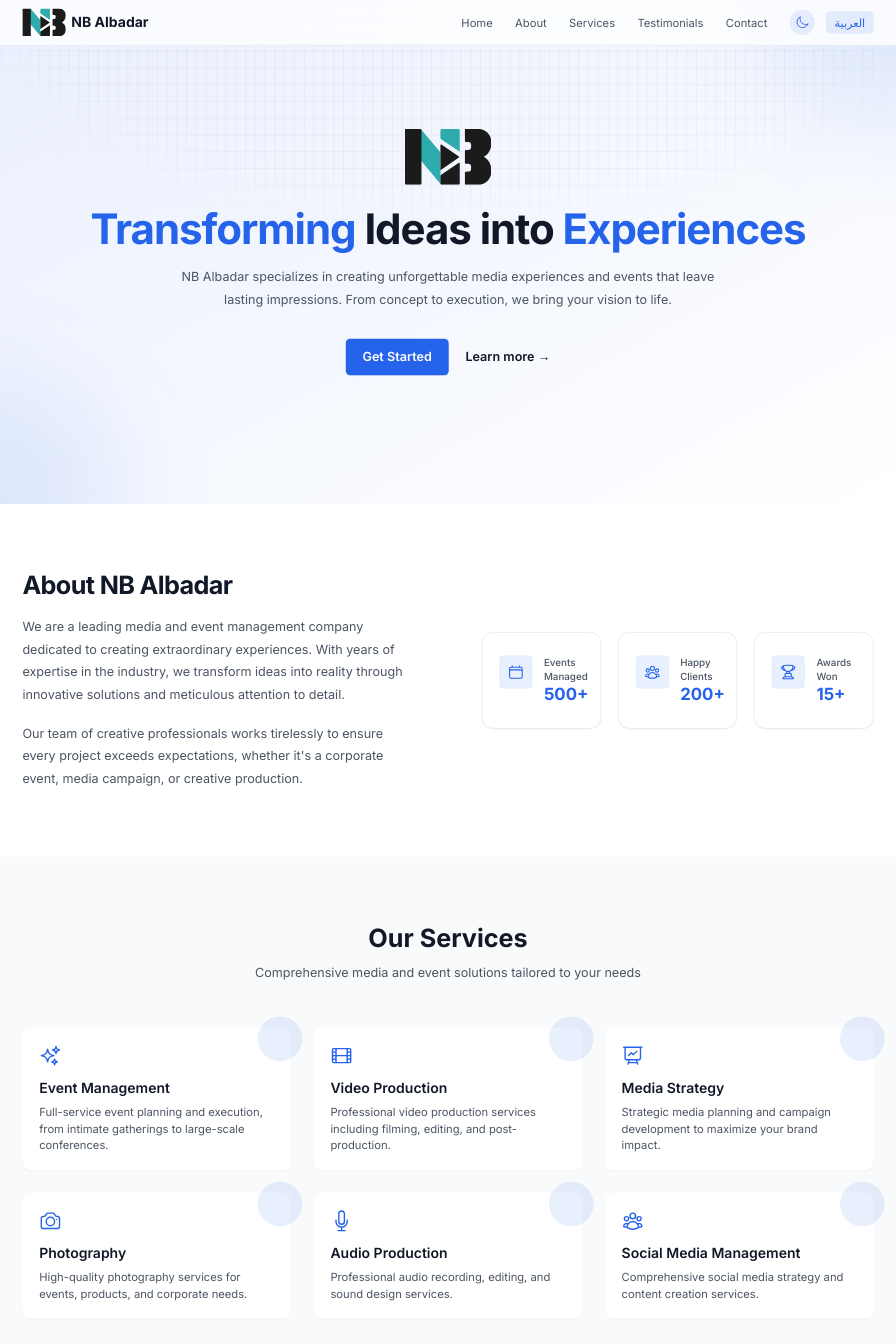
Repository: omartetano99/nb-albadr-website
Page: /
The author's editor kept a copy of each file at every save. The page is drawn from the files as they stood at one save, then again after the next save.
The browser window is 1280 px wide. The pictures show the part of the page from y = 0 to 1920 px (the page is 3710 px tall), at 70% of full size.
The project was rebuilt for these pictures with package versions that can differ from the ones it lists, and the page was loaded fresh each time. The framework's server and built-in components were replaced by stand-ins that run in the browser. Also part of the build but not shown: next.config.mjs.

Above is the page before, as saved 2025-01-31 17:09:47.

### src/app/layout.tsx
import type { Metadata } from "next";
import { Inter } from "next/font/google";
import { IBM_Plex_Sans_Arabic } from "next/font/google";
import "./globals.css";
import { ThemeProvider } from "@/components/ThemeProvider";
import { LanguageProvider } from "@/context/LanguageContext";

const inter = Inter({ subsets: ["latin"], variable: '--font-inter' });
const ibmPlexSansArabic = IBM_Plex_Sans_Arabic({
  subsets: ["arabic"],
  weight: ['100', '200', '300', '400', '500', '600', '700'],
  variable: '--font-arabic',
});

export const metadata: Metadata = {
  title: "NB Albadar Media & Event",
  description: "Professional media and event management services",
};

export default function RootLayout({
  children,
}: {
  children: React.ReactNode
}) {
  return (
    <html lang="en" suppressHydrationWarning>
      <body className={`${inter.variable} ${ibmPlexSansArabic.variable} font-sans antialiased`}>
        <ThemeProvider
          attribute="class"
          defaultTheme="system"
          enableSystem
          disableTransitionOnChange
        >
          <LanguageProvider>
            <div className="min-h-screen bg-white dark:bg-gray-900 text-gray-900 dark:text-gray-100 transition-colors duration-300">
              {children}
            </div>
          </LanguageProvider>
        </ThemeProvider>
      </body>
    </html>
  );
}

### src/app/page.tsx
import { Navbar } from '@/components/Navbar'
import { Hero } from '@/components/Hero'
import { About } from '@/components/About'
import { Services } from '@/components/Services'
import { Testimonials } from '@/components/Testimonials'
import { Contact } from '@/components/Contact'
import { Footer } from '@/components/Footer'

export default function Home() {
  return (
    <main>
      <Navbar />
      <Hero />
      <About />
      <Services />
      <Testimonials />
      <Contact />
      <Footer />
    </main>
  )
}

### src/app/globals.css
@tailwind base;
@tailwind components;
@tailwind utilities;

@layer base {
  html {
    @apply antialiased;
  }
}

:root {
  --background: #ffffff;
  --foreground: #171717;
}

@media (prefers-color-scheme: dark) {
  :root {
    --background: #0a0a0a;
    --foreground: #ededed;
  }
}

body {
  color: var(--foreground);
  background: var(--background);
  font-family: Arial, Helvetica, sans-serif;
}

### src/components/ThemeProvider.tsx
'use client'

import { ThemeProvider as NextThemesProvider } from 'next-themes'
import { type ThemeProviderProps } from 'next-themes/dist/types'

export function ThemeProvider({ children, ...props }: ThemeProviderProps) {
  return (
    <NextThemesProvider
      attribute="class"
      defaultTheme="system"
      enableSystem
      {...props}
    >
      {children}
    </NextThemesProvider>
  )
}

### src/context/LanguageContext.tsx
'use client'

import { createContext, useContext, useState, useEffect } from 'react'

type LanguageContextType = {
  language: 'en' | 'ar'
  setLanguage: (lang: 'en' | 'ar') => void
}

const LanguageContext = createContext<LanguageContextType | undefined>(undefined)

export function LanguageProvider({ children }: { children: React.ReactNode }) {
  const [language, setLanguage] = useState<'en' | 'ar'>('en')

  useEffect(() => {
    const savedLanguage = localStorage.getItem('language') as 'en' | 'ar'
    if (savedLanguage) {
      setLanguage(savedLanguage)
      document.documentElement.dir = savedLanguage === 'ar' ? 'rtl' : 'ltr'
      document.documentElement.lang = savedLanguage
    }
  }, [])

  const handleLanguageChange = (newLanguage: 'en' | 'ar') => {
    setLanguage(newLanguage)
    localStorage.setItem('language', newLanguage)
    document.documentElement.dir = newLanguage === 'ar' ? 'rtl' : 'ltr'
    document.documentElement.lang = newLanguage
  }

  return (
    <LanguageContext.Provider value={{ language, setLanguage: handleLanguageChange }}>
      {children}
    </LanguageContext.Provider>
  )
}

export function useLanguage() {
  const context = useContext(LanguageContext)
  if (context === undefined) {
    throw new Error('useLanguage must be used within a LanguageProvider')
  }
  return context
}

### src/components/Navbar.tsx
'use client'

import { useState, useEffect } from 'react'
import Link from 'next/link'
import Image from 'next/image'
import { motion, AnimatePresence } from 'framer-motion'
import { ThemeToggle } from './ThemeToggle'
import { Bars3Icon, XMarkIcon } from '@heroicons/react/24/outline'
import { useTheme } from 'next-themes'
import { LanguageToggle } from './LanguageToggle'
import { useLanguage } from '@/context/LanguageContext'

const navLinks = {
  en: [
    { href: '/', label: 'Home' },
    { href: '/about', label: 'About' },
    { href: '/services', label: 'Services' },
    { href: '/testimonials', label: 'Testimonials' },
    { href: '/contact', label: 'Contact' },
  ],
  ar: [
    { href: '/', label: 'الرئيسية' },
    { href: '/about', label: 'من نحن' },
    { href: '/services', label: 'خدماتنا' },
    { href: '/testimonials', label: 'آراء العملاء' },
    { href: '/contact', label: 'اتصل بنا' },
  ],
}

export function Navbar() {
  const [isOpen, setIsOpen] = useState(false)
  const { theme } = useTheme()
  const { language } = useLanguage()
  const [mounted, setMounted] = useState(false)

  useEffect(() => {
    setMounted(true)
  }, [])

  const currentNavLinks = navLinks[language]

  return (
    <nav className="fixed w-full bg-white/80 dark:bg-gray-900/80 backdrop-blur-sm z-50 border-b border-gray-200 dark:border-gray-800">
      <div className="max-w-7xl mx-auto px-4 sm:px-6 lg:px-8">
        <div className="flex items-center justify-between h-16">
          <Link href="/" className="flex items-center">
            {mounted && (
              <Image
                src={theme === 'dark' ? "/logo-nb.svg" : "/logo-nb-light.svg"}
                alt="NB Albadar Logo"
                width={40}
                height={40}
                className="h-10 w-auto"
                priority
              />
            )}
            <span className={`ml-2 text-xl font-bold text-gray-900 dark:text-white ${language === 'ar' ? 'font-arabic' : ''}`}>
              {language === 'en' ? 'NB Albadar' : 'إن بي البدر'}
            </span>
          </Link>

          {/* Desktop Navigation */}
          <div className="hidden md:flex items-center space-x-8" dir={language === 'ar' ? 'rtl' : 'ltr'}>
            {currentNavLinks.map((link) => (
              <Link
                key={link.href}
                href={link.href}
                className={`text-gray-600 dark:text-gray-300 hover:text-primary dark:hover:text-primary transition-colors ${language === 'ar' ? 'font-arabic' : ''}`}
              >
                {link.label}
              </Link>
            ))}
            <div className="flex items-center space-x-4">
              <ThemeToggle />
              <LanguageToggle />
            </div>
          </div>

          {/* Mobile Navigation Button */}
          <div className="md:hidden flex items-center space-x-2">
            <ThemeToggle />
            <LanguageToggle />
            <button
              onClick={() => setIsOpen(!isOpen)}
              className="p-2 rounded-md text-gray-600 dark:text-gray-300 hover:text-primary dark:hover:text-primary"
            >
              {isOpen ? (
                <XMarkIcon className="h-6 w-6" />
              ) : (
                <Bars3Icon className="h-6 w-6" />
              )}
            </button>
          </div>
        </div>
      </div>

      {/* Mobile Navigation Menu */}
      <AnimatePresence>
        {isOpen && (
          <motion.div
            initial={{ opacity: 0, height: 0 }}
            animate={{ opacity: 1, height: 'auto' }}
            exit={{ opacity: 0, height: 0 }}
            className="md:hidden border-t border-gray-200 dark:border-gray-800"
            dir={language === 'ar' ? 'rtl' : 'ltr'}
          >
            <div className="px-2 pt-2 pb-3 space-y-1">
              {currentNavLinks.map((link) => (
                <Link
                  key={link.href}
                  href={link.href}
                  className={`block px-3 py-2 rounded-md text-gray-600 dark:text-gray-300 hover:text-primary dark:hover:text-primary hover:bg-gray-100 dark:hover:bg-gray-800 transition-colors ${language === 'ar' ? 'font-arabic' : ''}`}
                  onClick={() => setIsOpen(false)}
                >
                  {link.label}
                </Link>
              ))}
            </div>
          </motion.div>
        )}
      </AnimatePresence>
    </nav>
  )
}

### src/components/About.tsx
'use client'

import { motion } from 'framer-motion'
import { CalendarIcon, UserGroupIcon, TrophyIcon } from '@heroicons/react/24/outline'
import { useLanguage } from '@/context/LanguageContext'

const content = {
  en: {
    title: 'About NB Albadar',
    description1: 'We are a leading media and event management company dedicated to creating extraordinary experiences. With years of expertise in the industry, we transform ideas into reality through innovative solutions and meticulous attention to detail.',
    description2: 'Our team of creative professionals works tirelessly to ensure every project exceeds expectations, whether it\'s a corporate event, media campaign, or creative production.',
    stats: [
      {
        label: 'Events Managed',
        value: '500+',
        icon: CalendarIcon,
      },
      {
        label: 'Happy Clients',
        value: '200+',
        icon: UserGroupIcon,
      },
      {
        label: 'Awards Won',
        value: '15+',
        icon: TrophyIcon,
      },
    ],
  },
  ar: {
    title: 'من نحن',
    description1: 'نقدم خدمات إعلامية متكاملة وننظم فعاليات مميزة تترك أثراً لا يُنسى. خبرتنا الطويلة في المجال تمكننا من تحويل أفكاركم إلى واقع ملموس بأسلوب مبتكر ومتقن.',
    description2: 'فريقنا المحترف يسعى دائماً لتقديم الأفضل في كل مشاريعنا، سواء كانت فعاليات أو حملات إعلامية أو إنتاج إبداعي.',
    stats: [
      {
        label: 'فعالية ناجحة',
        value: '+500',
        icon: CalendarIcon,
      },
      {
        label: 'عميل راضٍ',
        value: '+200',
        icon: UserGroupIcon,
      },
      {
        label: 'جائزة وتكريم',
        value: '+15',
        icon: TrophyIcon,
      },
    ],
  },
}

export function About() {
  const { language } = useLanguage()
  const t = content[language]

  return (
    <section className="py-24 overflow-hidden">
      <div className="max-w-7xl mx-auto px-4 sm:px-6 lg:px-8">
        <div className="lg:grid lg:grid-cols-2 lg:gap-24 lg:items-center">
          <motion.div
            initial={{ opacity: 0, x: -20 }}
            whileInView={{ opacity: 1, x: 0 }}
            viewport={{ once: true }}
            transition={{ duration: 0.5 }}
          >
            <h2 className={`text-3xl font-bold tracking-tight text-gray-900 dark:text-white sm:text-4xl ${language === 'ar' ? 'font-arabic' : ''}`}>
              {t.title}
            </h2>
            <motion.p
              initial={{ opacity: 0, y: 20 }}
              whileInView={{ opacity: 1, y: 0 }}
              viewport={{ once: true }}
              transition={{ duration: 0.5, delay: 0.2 }}
              className={`mt-6 text-lg leading-8 text-gray-600 dark:text-gray-300 ${language === 'ar' ? 'font-arabic' : ''}`}
            >
              {t.description1}
            </motion.p>
            <motion.p
              initial={{ opacity: 0, y: 20 }}
              whileInView={{ opacity: 1, y: 0 }}
              viewport={{ once: true }}
              transition={{ duration: 0.5, delay: 0.3 }}
              className={`mt-6 text-lg leading-8 text-gray-600 dark:text-gray-300 ${language === 'ar' ? 'font-arabic' : ''}`}
            >
              {t.description2}
            </motion.p>
          </motion.div>

          <motion.div
            initial={{ opacity: 0, x: 20 }}
            whileInView={{ opacity: 1, x: 0 }}
            viewport={{ once: true }}
            transition={{ duration: 0.5, delay: 0.4 }}
            className="mt-20 lg:mt-0"
          >
            <dl className="grid grid-cols-1 gap-6 sm:grid-cols-3" dir={language === 'ar' ? 'rtl' : 'ltr'}>
              {t.stats.map((stat) => (
                <motion.div
                  key={stat.label}
                  whileHover={{ scale: 1.05 }}
                  className="relative bg-white dark:bg-gray-900 px-6 py-8 rounded-2xl shadow-sm border border-gray-200 dark:border-gray-800"
                >
                  <dt>
                    <div className="absolute bg-primary/10 rounded-md p-3">
                      <stat.icon
                        className="h-6 w-6 text-primary"
                        aria-hidden="true"
                      />
                    </div>
                    <p className={`ml-16 text-sm font-medium text-gray-600 dark:text-gray-300 ${language === 'ar' ? 'font-arabic mr-16 ml-0' : ''}`}>
                      {stat.label}
                    </p>
                  </dt>
                  <dd className={`ml-16 text-2xl font-bold text-primary ${language === 'ar' ? 'mr-16 ml-0' : ''}`}>
                    {stat.value}
                  </dd>
                </motion.div>
              ))}
            </dl>
          </motion.div>
        </div>
      </div>
    </section>
  )
}

### src/components/ThemeToggle.tsx
'use client'

import { SunIcon, MoonIcon } from '@heroicons/react/24/outline'
import { useTheme } from 'next-themes'
import { useEffect, useState } from 'react'
import { motion } from 'framer-motion'

export function ThemeToggle() {
  const [mounted, setMounted] = useState(false)
  const { theme, setTheme } = useTheme()

  useEffect(() => {
    setMounted(true)
  }, [])

  if (!mounted) return null

  return (
    <motion.button
      whileHover={{ scale: 1.05 }}
      whileTap={{ scale: 0.95 }}
      onClick={() => setTheme(theme === 'dark' ? 'light' : 'dark')}
      className="p-2 rounded-full bg-primary/10 hover:bg-primary/20 transition-colors"
      aria-label="Toggle theme"
    >
      {theme === 'dark' ? (
        <SunIcon className="w-5 h-5 text-primary" />
      ) : (
        <MoonIcon className="w-5 h-5 text-primary" />
      )}
    </motion.button>
  )
}

### src/components/LanguageToggle.tsx
'use client'

import { motion } from 'framer-motion'
import { useLanguage } from '@/context/LanguageContext'

export function LanguageToggle() {
  const { language, setLanguage } = useLanguage()

  return (
    <motion.button
      whileHover={{ scale: 1.05 }}
      whileTap={{ scale: 0.95 }}
      onClick={() => setLanguage(language === 'en' ? 'ar' : 'en')}
      className="px-3 py-1 rounded-md bg-primary/10 hover:bg-primary/20 transition-colors text-primary font-medium"
      aria-label="Toggle language"
    >
      {language === 'en' ? 'العربية' : 'English'}
    </motion.button>
  )
}

### tailwind.config.ts
import type { Config } from "tailwindcss";

const config: Config = {
  content: [
    "./src/pages/**/*.{js,ts,jsx,tsx,mdx}",
    "./src/components/**/*.{js,ts,jsx,tsx,mdx}",
    "./src/app/**/*.{js,ts,jsx,tsx,mdx}",
  ],
  darkMode: 'class',
  theme: {
    extend: {
      colors: {
        primary: {
          DEFAULT: '#2563eb',
          dark: '#1d4ed8',
        },
        background: "var(--background)",
        foreground: "var(--foreground)",
      },
      fontFamily: {
        sans: ['var(--font-inter)'],
        arabic: ['var(--font-arabic)', 'IBM Plex Sans Arabic'],
      },
      animation: {
        'fade-in': 'fadeIn 0.5s ease-in-out',
        'slide-up': 'slideUp 0.5s ease-in-out',
      },
      keyframes: {
        fadeIn: {
          '0%': { opacity: '0' },
          '100%': { opacity: '1' },
        },
        slideUp: {
          '0%': { transform: 'translateY(20px)', opacity: '0' },
          '100%': { transform: 'translateY(0)', opacity: '1' },
        },
      },
    },
  },
  plugins: [],
}

export default config;

Loaded but not shown: src/components/Footer.tsx (148 lines, source omitted); src/components/Contact.tsx (159 lines, source omitted); src/components/Services.tsx (169 lines, source omitted); src/components/Hero.tsx (148 lines, source omitted); src/components/Testimonials.tsx (124 lines, source omitted)

After the next save:
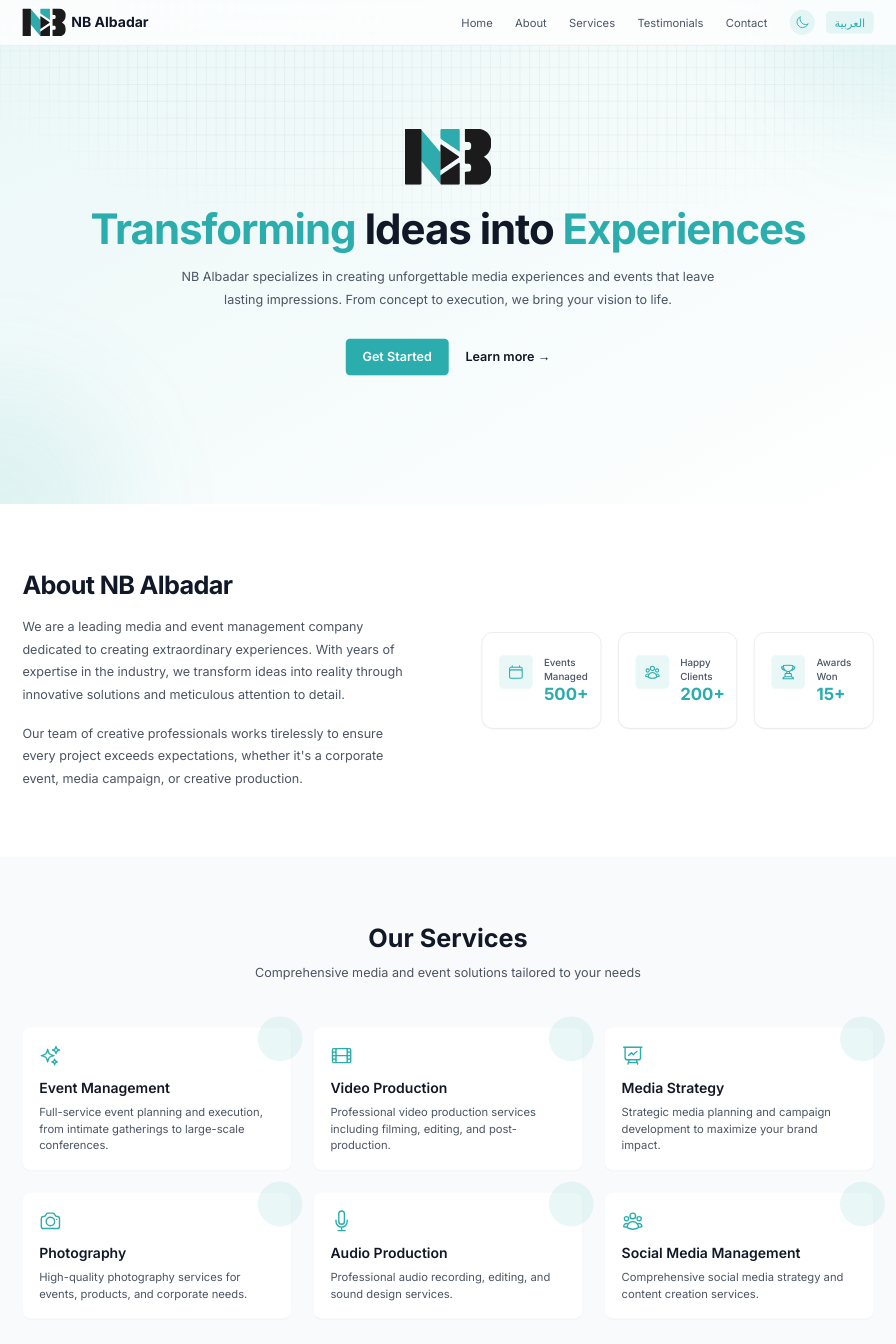
Saved 2 min 47 s later.
--- a/src/app/layout.tsx
+++ b/src/app/layout.tsx
@@ -1,14 +1,12 @@
 import type { Metadata } from "next";
-import { Inter } from "next/font/google";
-import { IBM_Plex_Sans_Arabic } from "next/font/google";
+import { Inter, Noto_Sans_Arabic } from "next/font/google";
 import "./globals.css";
 import { ThemeProvider } from "@/components/ThemeProvider";
 import { LanguageProvider } from "@/context/LanguageContext";
 
 const inter = Inter({ subsets: ["latin"], variable: '--font-inter' });
-const ibmPlexSansArabic = IBM_Plex_Sans_Arabic({
+const notoSansArabic = Noto_Sans_Arabic({
   subsets: ["arabic"],
-  weight: ['100', '200', '300', '400', '500', '600', '700'],
   variable: '--font-arabic',
 });
 
@@ -24,7 +22,7 @@
 }) {
   return (
     <html lang="en" suppressHydrationWarning>
-      <body className={`${inter.variable} ${ibmPlexSansArabic.variable} font-sans antialiased`}>
+      <body className={`${inter.variable} ${notoSansArabic.variable} font-sans antialiased`}>
         <ThemeProvider
           attribute="class"
           defaultTheme="system"
--- a/tailwind.config.ts
+++ b/tailwind.config.ts
@@ -11,15 +11,16 @@
     extend: {
       colors: {
         primary: {
-          DEFAULT: '#2563eb',
-          dark: '#1d4ed8',
+          DEFAULT: '#2CADAD',
+          light: '#33c2c2',
+          dark: '#259898',
         },
         background: "var(--background)",
         foreground: "var(--foreground)",
       },
       fontFamily: {
         sans: ['var(--font-inter)'],
-        arabic: ['var(--font-arabic)', 'IBM Plex Sans Arabic'],
+        arabic: ['var(--font-arabic)'],
       },
       animation: {
         'fade-in': 'fadeIn 0.5s ease-in-out',

After the 2 saves that followed:
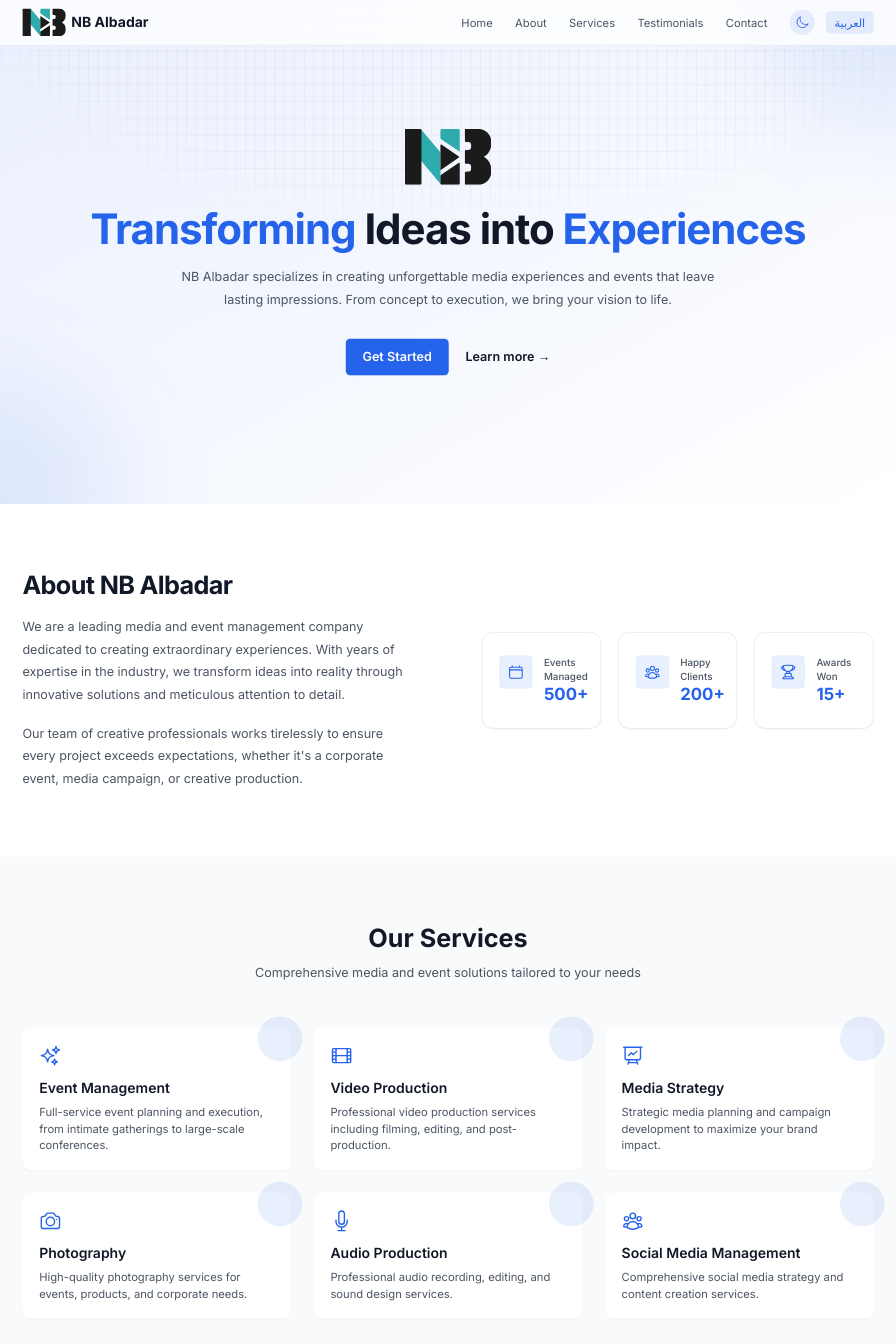
The 2 saves are shown as one change because 1 left the picture as it was.
The last was saved 26 s later.
--- a/src/app/layout.tsx
+++ b/src/app/layout.tsx
@@ -1,13 +1,15 @@
 import type { Metadata } from "next";
-import { Inter, Noto_Sans_Arabic } from "next/font/google";
+import { Inter } from "next/font/google";
+import { Noto_Kufi_Arabic } from "next/font/google";
 import "./globals.css";
 import { ThemeProvider } from "@/components/ThemeProvider";
 import { LanguageProvider } from "@/context/LanguageContext";
 
 const inter = Inter({ subsets: ["latin"], variable: '--font-inter' });
-const notoSansArabic = Noto_Sans_Arabic({
+const notoKufiArabic = Noto_Kufi_Arabic({
   subsets: ["arabic"],
   variable: '--font-arabic',
+  weight: ['400', '500', '600', '700'],
 });
 
 export const metadata: Metadata = {
@@ -22,7 +24,7 @@
 }) {
   return (
     <html lang="en" suppressHydrationWarning>
-      <body className={`${inter.variable} ${notoSansArabic.variable} font-sans antialiased`}>
+      <body className={`${inter.variable} ${notoKufiArabic.variable} font-sans antialiased`}>
         <ThemeProvider
           attribute="class"
           defaultTheme="system"
--- a/tailwind.config.ts
+++ b/tailwind.config.ts
@@ -11,16 +11,15 @@
     extend: {
       colors: {
         primary: {
-          DEFAULT: '#2CADAD',
-          light: '#33c2c2',
-          dark: '#259898',
+          DEFAULT: '#2563eb',
+          dark: '#1d4ed8',
         },
         background: "var(--background)",
         foreground: "var(--foreground)",
       },
       fontFamily: {
         sans: ['var(--font-inter)'],
-        arabic: ['var(--font-arabic)'],
+        arabic: ['var(--font-arabic)', 'Noto Kufi Arabic', 'system-ui', 'sans-serif'],
       },
       animation: {
         'fade-in': 'fadeIn 0.5s ease-in-out',
